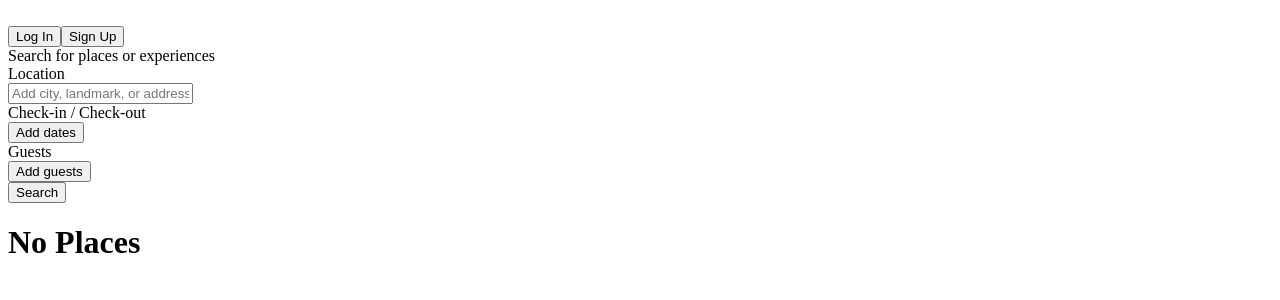
Repository: sjpk1223/BedNBreakfast
Page: /#/
The author's editor kept a copy of each file at every save. The page is drawn from the files as they stood at one save, then again after the next save.
The browser window is 1280 px wide. The pictures show the whole page.
The project was rebuilt for these pictures with package versions that can differ from the ones it lists, and the page was loaded fresh each time. Also part of the build but not shown: webpack.config.js, frontend/components/session/signup.jsx, frontend/components/session/login.jsx, frontend/util/marker_manager.js, frontend/components/map/map.jsx, frontend/components/index/index_item.jsx, frontend/components/filterform/filterform.jsx, frontend/components/modal/modal.jsx and 1 more.

Above is the page before, as saved 2020-08-16 10:20:30.

### frontend/bednbreakfast.jsx
import React from 'react';
import ReactDOM from 'react-dom';
import Root from './components/root';
import configureStore from './store/store';

document.addEventListener('DOMContentLoaded', () => {
    const root = document.getElementById('root');
    let store;
    if (window.currentUser) {
        const preloadedState = {
            entities: {
                users: { [window.currentUser.id]: window.currentUser }
            },
            session: { id: window.currentUser.id }
        };
        store = configureStore(preloadedState);
        delete window.currentUser;
    } else {
        store = configureStore();
    }
    // TESTING
    window.store = store;
    // TESTING
    ReactDOM.render(<Root store={store}/>, root);
});

### frontend/components/root.jsx
// app.jsx is what puts all our components together ,
// root is what holds the app and provides resources(provider, hashrouter) to the app
import React from 'react';
// Provider is used to pass the store to all the components
// https://www.c-sharpcorner.com/article/reactcrud-operation-using-react-redux-part-two/Images/Redux%20Flow.jpg
import { Provider } from 'react-redux';
// router for react-redux dicatates which page we are one
// what handles which page gets displayed
// we need hashrouter to use the routes
import { HashRouter } from 'react-router-dom';
import App from './app';

// deconstruct store from state
// app is what holds all components
const Root = ( {store} ) => (
    // job of provider is to provide the store
    <Provider store={store}>
        <HashRouter>
            <App/>
        </HashRouter>
    </Provider>
);

export default Root;

### frontend/store/store.js
// where we define our configureStore method
// stores our state(info)
// store is responsible for updating an apps state via its reducer
// broadcasting the state to an applications view layer via subscription
// listening for actions that tell how and when to change the global state of an application

//takes in rootReducer, preloadedState and middleware
// we want rootReducer because we want all our to go through reducers and middleware
// we want preloadedState(new or existing state) so we can have a state to render changes made
// ?? we want middleware to take the action(as a func) it will do something?(like a interceptor)
import rootReducer from '../reducers/root_reducer';
import { applyMiddleware, createStore } from 'redux';
// middleware uses thunk and logger
// dont forget to npm install redux-thunk, redux-logger
import thunk from 'redux-thunk';
import logger from 'redux-logger';
// store will put into state

export const configureStore = (preloadedState = {} ) => (
    createStore(rootReducer, preloadedState, applyMiddleware(thunk, logger))
);

export default configureStore;

### frontend/components/app.jsx
import React from 'react';
// route is what estalished our actual URL routes( to use exact/relative path )
// switch for action.type switch cases
import { Route, Switch, Link } from 'react-router-dom';
import SignupContainer from './session/signup_container';
import LoginContainer from './session/login_container';
import NavbarContainer from './navbar/navbar_container';
import SplashContainer from './splash/splash_container';
import ModalContainer from './modal/modal_container';
import Maps from '../components/map/googlemap'
import { AuthRoute, ProtectedRoute, } from '../util/route_utils';

// this is where all containers come together

const App = () => (
    <>
        <NavbarContainer/>
            <ModalContainer />
            <Route path='/' component={SplashContainer} />
            <AuthRoute exact path='/signup' component={SignupContainer} />
            <AuthRoute exact path='/login' component={LoginContainer} />
            <Route exact path='/map' component={Maps}/>
    </>
)

export default App;

### frontend/reducers/root_reducer.js
import { combineReducers } from 'redux';
import sessionReducer from './session_reducer';
import entitiesReducer from './entities_reducer';
import errorsReducer from './errors_reducer';
import modalReducer from './modal_reducer';
import uiReducer from './ui_reducer';

const rootReducer = combineReducers({
    session: sessionReducer,
    entities: entitiesReducer,
    errors: errorsReducer,
    ui: uiReducer,
    modal: modalReducer,
});

export default rootReducer;

### frontend/components/session/signup_container.js
// built-in function to subscribe react components to the store(redux)
// containers job is to connect our components(frontend) to the store
import {connect} from 'react-redux';
// import action we need for this container
import { createNewUser } from '../../actions/session_action';
// import our sign up form component
import Signup from './signup';
import { closeModal } from '../../actions/modal_action'

// msp(slices of our state) & mdp(dispatches functions) contains information sent to component through props
const mdp = dispatch => ({
    // createNewUser function that we imported and return
    // input formUser(which we determined in actions)(we get from the form)
    createNewUser: formUser => dispatch(createNewUser(formUser)),
    closeModal: () => dispatch(closeModal()),
});

const msp = state => ({
    formtype: 'createNewUser',
})
// passing it in sign up component.
//does not rely on state so we do not need msp
export default connect(msp, mdp)(Signup);

### frontend/components/session/login_container.js
import { connect } from 'react-redux';
import { login } from '../../actions/session_action';
import Login from './login';
import {closeModal} from '../../actions/modal_action';


const mdp = dispatch => {
    return {
    login: formUser => dispatch(login(formUser)),
    closeModal: () => dispatch(closeModal()),
    }
};

// const msp = state => ({
//     errors:
// })

export default connect(null, mdp)(Login);

### frontend/components/navbar/navbar_container.js
import React from 'react';
import { connect } from 'react-redux';
import Navbar from './navbar';
import { openModal, closeModal } from "../../actions/modal_action";

import { logout } from '../../actions/session_action';

const msp = (state) =>{
    return {
      currentUser: state.session.currentUser,
    };
};
// const msp = ({ session, entities: { users } }) => {
//     return {
//         currentUser: users[session.id]
//     };
// };

const mdp = (dispatch) => {
    return {
  logout: () => dispatch(logout()),
  openModal: (modal) => dispatch(openModal(modal)),
  closeModal: () => dispatch(closeModal()),
    }
};

export default connect(msp,mdp)(Navbar);

### frontend/components/splash/splash_container.js
// built-in function to subscribe react components to the store(redux)
// containers job is to connect our components(frontend) to the store
import { connect } from "react-redux";
// import action we need for this container
import { fetchPlaces, updateFilter } from '../../actions/places_action';
// import our sign up form component
import Splash from "./splash";
// msp(slices of our state) & mdp(dispatches functions) contains information sent to component through props
// const mdp = (dispatch) => ({
//   // createNewUser function that we imported and return
//   // input formUser(which we determined in actions)(we get from the form)
//   createNewUser: (formUser) => dispatch(createNewUser(formUser)),
// });
// passing it in sign up component.
//does not rely on state so we do not need msp

const msp = state => ({
    min_seating: state.ui.filters.max_seating,
    max_seating: state.ui.filters.min_seating,
    places: Object.values(state.entities.places)
})

const mdp = (dispatch) => ({
    fetchPlaces: (bounds) => dispatch(fetchPlaces(bounds)),
    updateFilter: (filter, value) => dispatch(updateFilter(filter, value))
})
export default connect(msp, mdp)(Splash);

### frontend/components/modal/modal_container.js
import { connect } from "react-redux";
import Modal from "./modal";
import { openModal, closeModal} from "../../actions/modal_action";
import { withRouter } from "react-router-dom";

const msp = (state) => {

  return {
    modal: state.modal,
  };
};
const mdp = (dispatch) => {

  return {
    closeModal: () => dispatch(closeModal()),
    openModal: (type) => dispatch(openModal(type)),
  };
};
export default connect(msp, mdp)(Modal);

### frontend/util/route_utils.jsx
import React from 'react';
import { connect } from 'react-redux';
import { Redirect, Route, withRouter }from 'react-router-dom';

const msp = state => ({
    loggedIn: Boolean(state.session.currentUser)
});

const Auth = ({loggedIn, path, component: Component}) => (
    <Route
        path={path}
        render={props => (
            loggedIn ? <Redirect to='/' /> : <Component {...props} />
        )}
    />
);

const Protected = ({ loggedIn, path, component: Component}) => {
    <Route
        path={path}
        render={props => (
            loggedIn ? <Component {...props} /> : <Redirect to="/signup" />
        )}
        />
};

export const AuthRoute = withRouter(connect(msp)(Auth));
export const ProtectedRoute = withRouter(connect(msp)(Protected));

### frontend/reducers/session_reducer.js
import {
    RECEIVE_CURRENT_USER,
    LOGOUT_CURRENT_USER
} from '../actions/session_action'

// if we dont have current user we want below to be returned as default

const _nullSession = {
    currentUser: null
};

// start building reducer, reducer takes in 2 arguments(state, action)

const sessionReducer = (state = _nullSession, action) => {
    // makes sure we do not mutate the state
    Object.freeze(state);
    switch(action.type) {
        case RECEIVE_CURRENT_USER:
            // returns currentuser as an object and assigns it
            return Object.assign({}, {currentUser: action.user});
        case LOGOUT_CURRENT_USER:
            return _nullSession;
        default:
            return state;
    }
};

export default sessionReducer;

### frontend/reducers/entities_reducer.js
import { combineReducers } from 'redux';
import usersReducer from './users_reducer';
import placesReducer from './places_reducer';


const entitiesReducer = combineReducers({
    users: usersReducer,
    places: placesReducer
});

export default entitiesReducer;

### frontend/reducers/errors_reducer.js
import { combineReducers } from 'redux';
import sessionErrorsReducer from './session_errors_reducer';

const errorsReducer = combineReducers({
    session: sessionErrorsReducer
});

export default errorsReducer;

### frontend/reducers/modal_reducer.js
import {
    OPEN_MODAL,
    CLOSE_MODAL
} from '../actions/modal_action'

const modalReducer = (state = {}, action) => {

    Object.freeze(state);
    switch(action.type) {
        case OPEN_MODAL:
            return action.modal;
        case CLOSE_MODAL:
            return null;
        default:
            return state;
    };
}

export default modalReducer;

### frontend/reducers/ui_reducer.js
import { combineReducers } from 'redux';
import filtersReducer from './filters_reducer';

const uiReducer = combineReducers({
    filters: filtersReducer
});

export default uiReducer;

### frontend/actions/session_action.js
// import util methods
import {
    postSession,
    postUser,
    deleteSession
} from '../util/session_api_util'

//messages we send to reducer, makes sure its spelled the same everywhere(better errors)
export const RECEIVE_CURRENT_USER = "RECEIVE_CURRENT_USER"
export const LOGOUT_CURRENT_USER = "LOGOUT_CURRENT_USER"
export const RECEIVE_ERRORS = 'RECEIVE_ERRORS'

// action creators are used to return actions(POJO) with type and payload(data)
// action creators dynamically create POJO to be sent to the reducer
const receiveErrors = (errors) => ({
    type: RECEIVE_ERRORS,
    errors: errors
})
const receiveCurrentUser = (user) => ({
    type: RECEIVE_CURRENT_USER,
    user: user
    // whatever properties user has with it
})

const logoutCurrentUser = () => ({
    type: LOGOUT_CURRENT_USER,
    // no payload
})

// we need our thunk actions creators which perfom the ajax request and actually dispatch to make the change
// we have our ability to use dispatch through thunk middleware
// dispatch sends changes to be made to the store
// only thing that can change the store are actions.

// formUser comes from our component
export const createNewUser = (formUser) => dispatch => postUser(formUser)
.then(user => dispatch(receiveCurrentUser(user)));

export const login = (formUser) => dispatch => postSession(formUser)
.then(user => dispatch(receiveCurrentUser(user)));

export const logout = () => dispatch => deleteSession()
.then(() => dispatch(logoutCurrentUser()));

### frontend/actions/modal_action.js
export const OPEN_MODAL = "OPEN_MODAL";
export const CLOSE_MODAL = "CLOSE_MODAL";

export const openModal = (modal) => {

    return {
        type: OPEN_MODAL,
        modal: modal
    };
};

export const closeModal = (modal) => {

    return {
        type: CLOSE_MODAL,
        modal: modal
    };
};

### frontend/components/navbar/navbar.jsx
import React from 'react';
import { Link } from 'react-router-dom';

class Navbar extends React.Component {
  constructor(props) {
    super(props);

    this.handleSubmit = this.handleSubmit.bind(this);
  }

  handleSubmit(type) {
    //default action for a button in a form will send post request whcih will cause th page to re-render
    // frontend state & backend state are not the same!
    return (e) => {
      e.preventDefault();
      this.props.openModal(type);
    }
  }
  render() {
    const { currentUser, logout } = this.props;
    const display = currentUser ? (
      <div>
        <p>Hello, {currentUser.username}</p>
        <button onClick={logout}>Log Out</button>
      </div>
    ) : (
      <>
        <button onClick={this.handleSubmit("login")} className="navbar-btn" >
          Log In
        </button>
        <button onClick={this.handleSubmit("signup")} className="navbar-btn" >
          Sign Up
        </button>
      </>
    );
    return (
      <header className="navbar">
        <Link to='/'>
        <img className="logo" src={window.logo} ></img>

        </Link>
        <div className="navbar-links">{display}</div>
      </header>
    );
  }
};

export default Navbar;

### frontend/actions/places_action.js
import * as placeApiUtil from '../util/place_api_util';

export const RECEIVE_PLACES = "RECEIVE_PLACES";
export const RECEIVE_PLACE = "RECEIVE_PLACE";
export const UPDATE_FILTER = "UPDATE_FILTER";

const receivePlace = (place) => ({
    type: RECEIVE_PLACE,
    place
})

const receivePlaces = (places) => ({
    type: RECEIVE_PLACES,
    places
})

export const fetchPlace = (placeId) => dispatch => {
    return placeApiUtil.fetchPlace(placeId)
    .then(place => dispatch(receivePlace(place)));
}

export const fetchPlaces = (bounds) => dispatch => {
    return placeApiUtil.fetchPlaces(bounds)
    .then(places => dispatch(receivePlaces(places)))
}

export const postPlace = (place) => dispatch => {
    return placeApiUtil.postPlace(place)
    .then(place => dispatch(receivePlace(place)))
}

export const updateFilter = (filter, value) => ({
    type: UPDATE_FILTER,
    filter,
    value
});

### frontend/components/splash/splash.jsx
import React from "react";
import Map from '../map/map';
import Index from '../index/index';
import FilterForm from '../filterform/filterform';


class Splash extends React.Component {
  constructor(props) {
    super(props);
    }

    render() {
      let {places, updateFilter, min_seating, max_seating} = this.props;
      return (
        <div className="splash-container">
            {/* <img className="bg-img" src={bg.scss}></img> */}
        <div className="splash-form">
          <div className="splash-form-title">
            Search for places or experiences
          </div>
          <div className="splash-search">
            <label className="splash-search-label">
              <div className="splash-search-title">Location</div>
              <input
                type="text"
                className="splash-search-input"
                placeholder="Add city, landmark, or address"
              />
            </label>
            <div className="search-table-organizer">
              <div className="splash-search-title">Check-in / Check-out</div>
              <button className="splash-dates-button" type="button">
                <div className="splash-dates-placeholder">Add dates</div>
              </button>
            </div>
            <div className="search-table-organizer">
              <div className="splash-guest-title">Guests</div>
              <button className="splash-guest-button" type="button">
                <div className="splash-guest-placeholder">Add guests</div>
              </button>
            </div>
            <button className="splash-search-button" type="button">
              Search
            </button>
          </div>
        </div>
          {/* <Map
            places={places}
            updateFilter={updateFilter}
          />
          <FilterForm
            min_seating={min_seating}
            max_seating={max_seating}
            updateFilter={updateFilter}
          /> */}
          <Index
            places={places}
          />
      </div>
    );
  }
}

export default Splash;

### frontend/reducers/users_reducer.js
import {
    RECEIVE_CURRENT_USER
} from '../actions/session_action'

const usersReducer = (state = {}, action) => {
    Object.freeze(state);
    switch (action.type) {
        case RECEIVE_CURRENT_USER:
            return Object.assign({}, state, { [action.user.id]: action.user });
        default:
            return state;
    }
};

export default usersReducer;

### frontend/reducers/places_reducer.js
import { RECEIVE_PLACES, RECEIVE_PLACE } from "../actions/places_action";
import merge from 'lodash.merge';
const placesReducer = (state = {}, action) => {
    Object.freeze(state);
    switch (action.type) {
        case RECEIVE_PLACES:
            return action.places;
        case RECEIVE_PLACE:
            return merge({}, state, { [action.place.id]: action.place })
        default:
            return state;
    }
};

export default placesReducer;

### frontend/reducers/session_errors_reducer.js
import {
    RECEIVE_CURRENT_USER,
    RECEIVE_ERRORS
} from '../actions/session_action'


const sessionErrorsReducer = (state = [], action) => {
    Object.freeze(state);
    switch (action.type) {
        case RECEIVE_CURRENT_USER:
            return [];
        case RECEIVE_ERRORS:
            return action.errors;
        default:
            return state;
    }
};

export default sessionErrorsReducer;

### frontend/reducers/filters_reducer.js
import { UPDATE_FILTER } from '../actions/places_action';

const defaultFilters = Object.freeze({
    bounds: {},
    min_seating: 1,
    max_seating: 10
});

const filtersReducer = (state = defaultFilters, action) => {
    Object.freeze(state);
    switch (action.type) {
        case UPDATE_FILTER:
            const new_state = Object.assign({}, state, { [action.filter]: action.value });
            return new_state;
        default:
            return state;
    }
};

export default filtersReducer;

### frontend/util/session_api_util.js
// the way we make our request to the back end
// we need to make our ajax request to get info from the database
export const postSession = (user) => (
    $.ajax({
        method: 'POST',
        url: '/api/session',
        data: { user }
    })
);

export const postUser = (user) => (
    $.ajax({
        method: 'POST',
        url: '/api/users',
        data: { user }
    })
);

export const deleteSession = () => (
    $.ajax({
        method: 'DELETE',
        url: '/api/session'
    })
);

### frontend/util/place_api_util.jsx
export const fetchPlaces = (bounds) => {
    return $.ajax({
        method: 'GET',
        url: '/api/places',
        error: (err) => console.log(err),
        data: bounds
    })
}

export const fetchPlace = (placeId) => {
    return $.ajax({
        url: `/api/places/${placeId}`
    })
}

export const postPlace = (placeForm) => {
    return $.ajax({
        method: 'POST',
        url: `/api/places`,
        data: placeForm,
        processData: false,
        contentType: false,
    })
}

### frontend/components/index/index.jsx
import React from 'react';
import { Link } from 'react-router-dom';
import IndexItem from './index_item';


class Index extends React.Component {
    constructor(props) {
        super(props);


    }

    render() {

        const count = Object.keys(this.props.places).length;
        const benches = Object.keys(this.props.places).map(placeId => (
            <IndexItem
                place={this.props.places[placeId]}
                key={placeId}
            />
        ))
        const display = count > 0 ? (
            <div>
                <h1>Places: </h1>
                <ul>{Places}</ul>
            </div>
        ) : (
                <h1>No Places</h1>
            );

        return (
            <>
                {display}
            </>
        );
    }
}

export default Index;

After the next save:
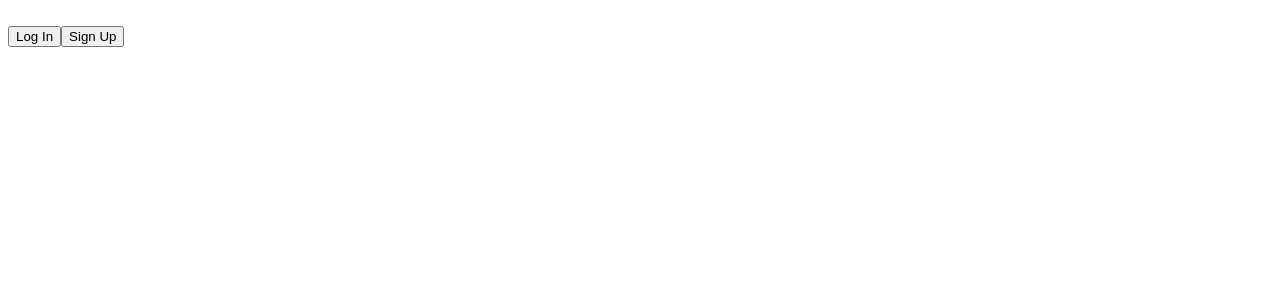
Saved 32 s later.
--- a/frontend/components/app.jsx
+++ b/frontend/components/app.jsx
@@ -16,7 +16,7 @@
     <>
         <NavbarContainer/>
             <ModalContainer />
-            <Route path='/' component={SplashContainer} />
+            <Route path='/search' component={SplashContainer} />
             <AuthRoute exact path='/signup' component={SignupContainer} />
             <AuthRoute exact path='/login' component={LoginContainer} />
             <Route exact path='/map' component={Maps}/>

After the 2 saves that followed:
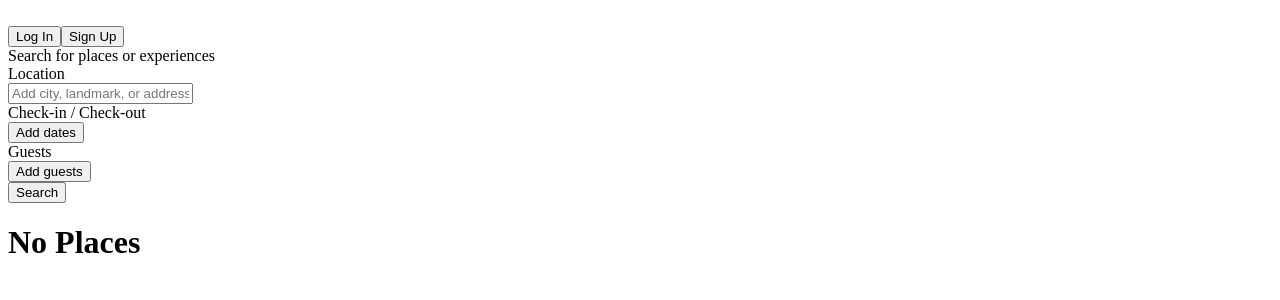
The 2 saves are shown as one change because 1 left the picture as it was.
The last was saved 36 s later.
--- a/frontend/components/app.jsx
+++ b/frontend/components/app.jsx
@@ -16,7 +16,7 @@
     <>
         <NavbarContainer/>
             <ModalContainer />
-            <Route path='/search' component={SplashContainer} />
+            <Route path='/' component={SplashContainer} />
             <AuthRoute exact path='/signup' component={SignupContainer} />
             <AuthRoute exact path='/login' component={LoginContainer} />
             <Route exact path='/map' component={Maps}/>
